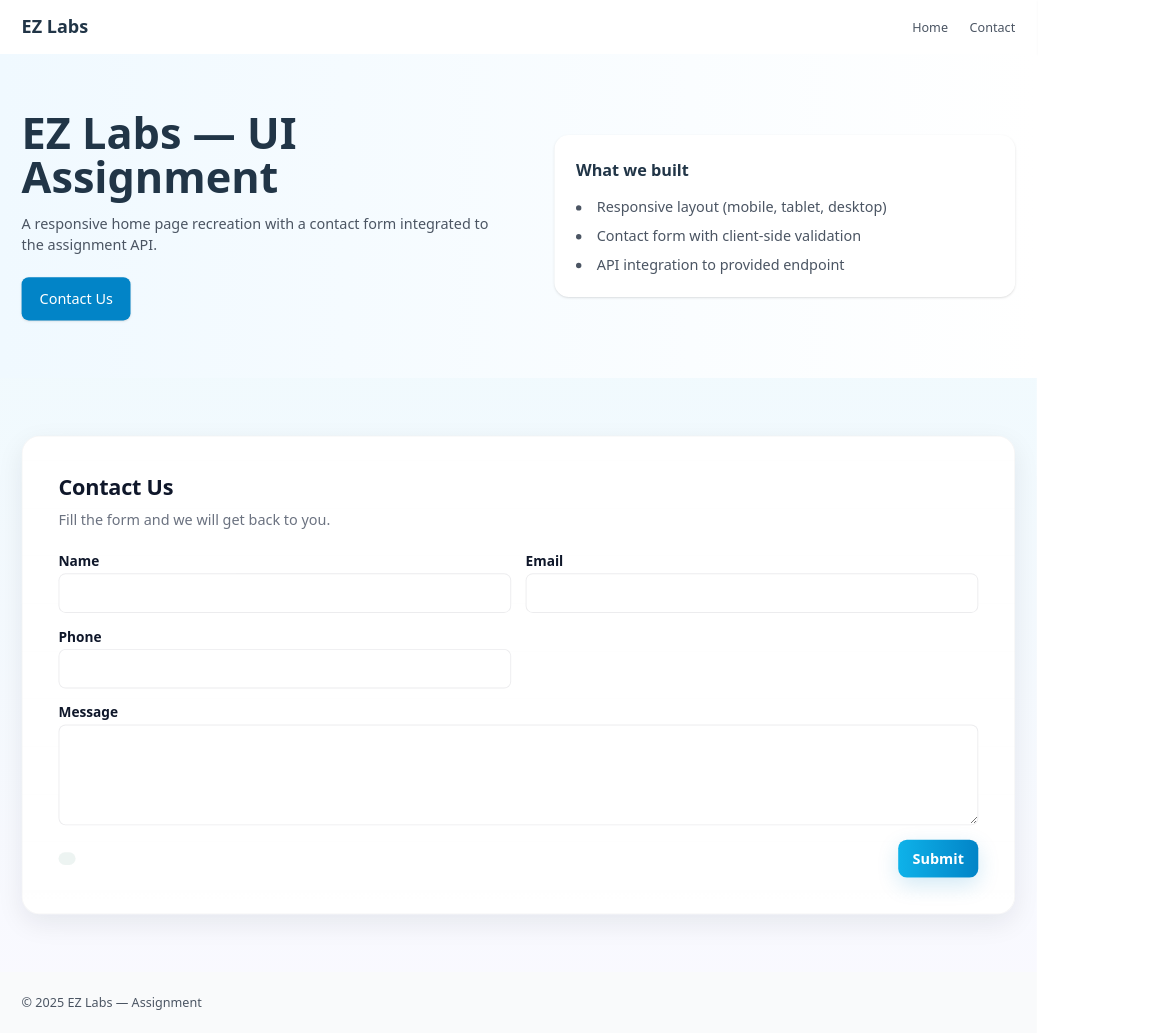
Repository: ritesh1711/ez-contact-form
Page: /
These files come from the project's save history. The page is drawn as it stood at one moment and after the next save; the edit follows.
The browser window is 1280 px wide. The pictures show the whole page, at 90% of full size.
The project was rebuilt for these pictures with package versions that can differ from the ones it lists, and the page was loaded fresh each time. Also part of the build but not shown: vite.config.js.

Above is the page before, as saved 2025-11-09 22:10:58.

After the next save:
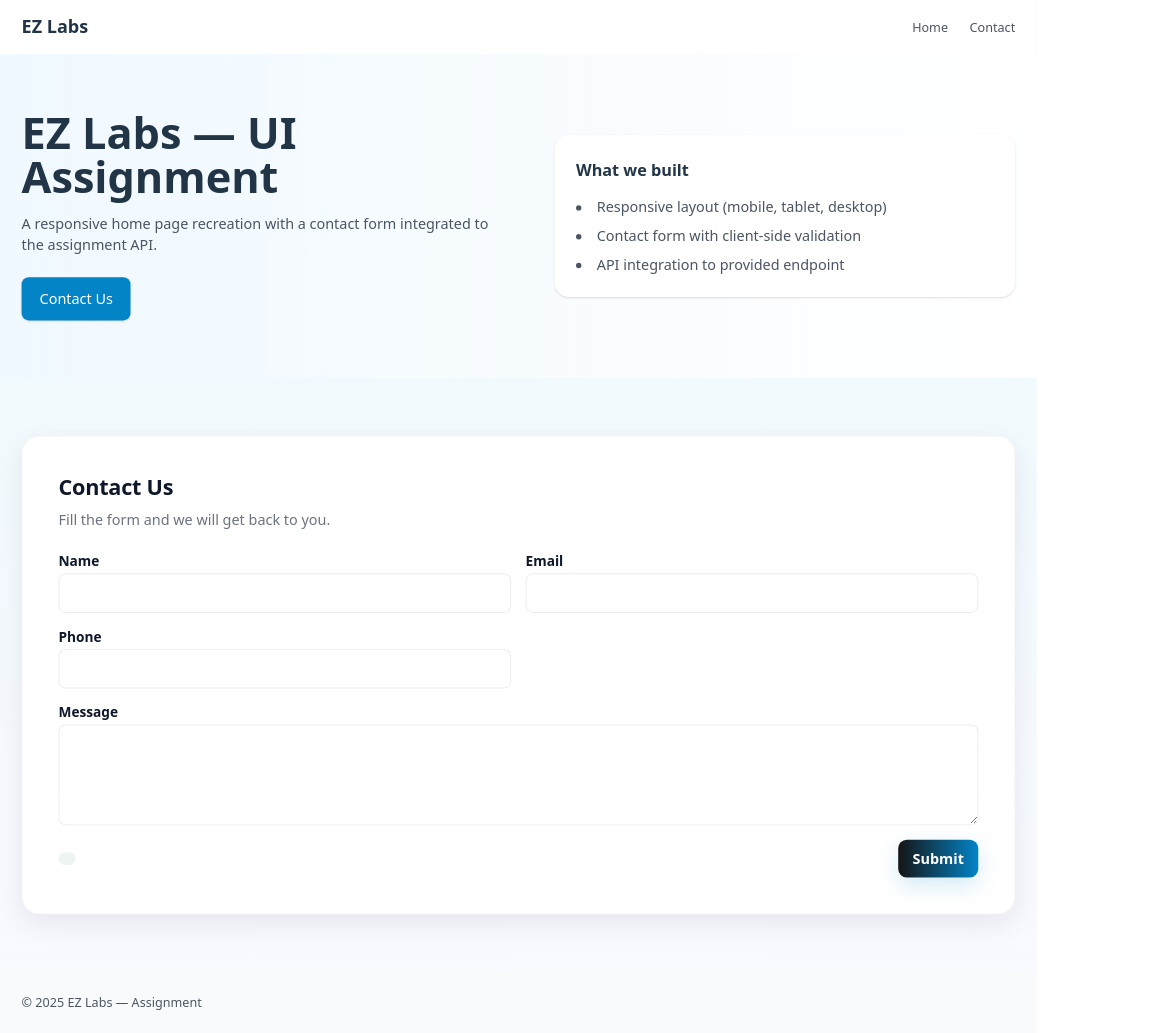
Saved 55 s later.
--- a/src/components/ContactForm.css
+++ b/src/components/ContactForm.css
@@ -2,7 +2,7 @@
 /* Uses the existing structure and IDs/classes; does not change behavior */
 
 :root{
-  --primary: #0eb2e9; /* sky-500 */
+  --primary: #151515; /* sky-500 */
   --primary-600: #0284c7;
   --muted: #6b7280;
   --card-bg: rgba(255,255,255,0.96);
